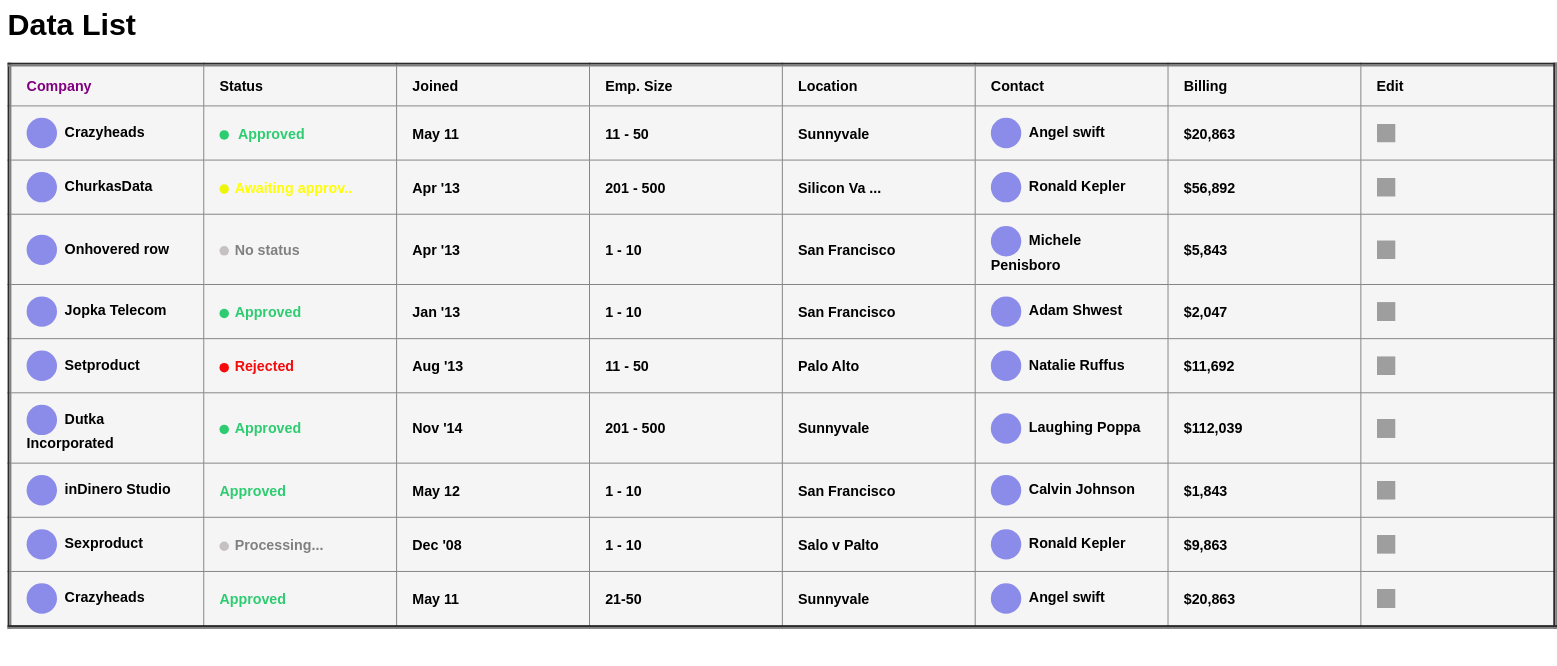
Repository: AdityaTech-Pro/FullStackWithBridgelabz
Page: Assignment2/Data_List/index.html
These files come from the project's save history. The page is drawn as it stood at one moment and after a run of saves; the edit follows.
The browser window is 1280 px wide. The page is 1639 px wide, so the pictures cover 1639 px, including what lies to the right of the window. The pictures show the whole page, at 95% of full size.
Pictures or frames that could not be fetched are drawn as grey boxes.

Above is the page before, as saved 2025-10-15 10:33:50.

After the next 4 saves:
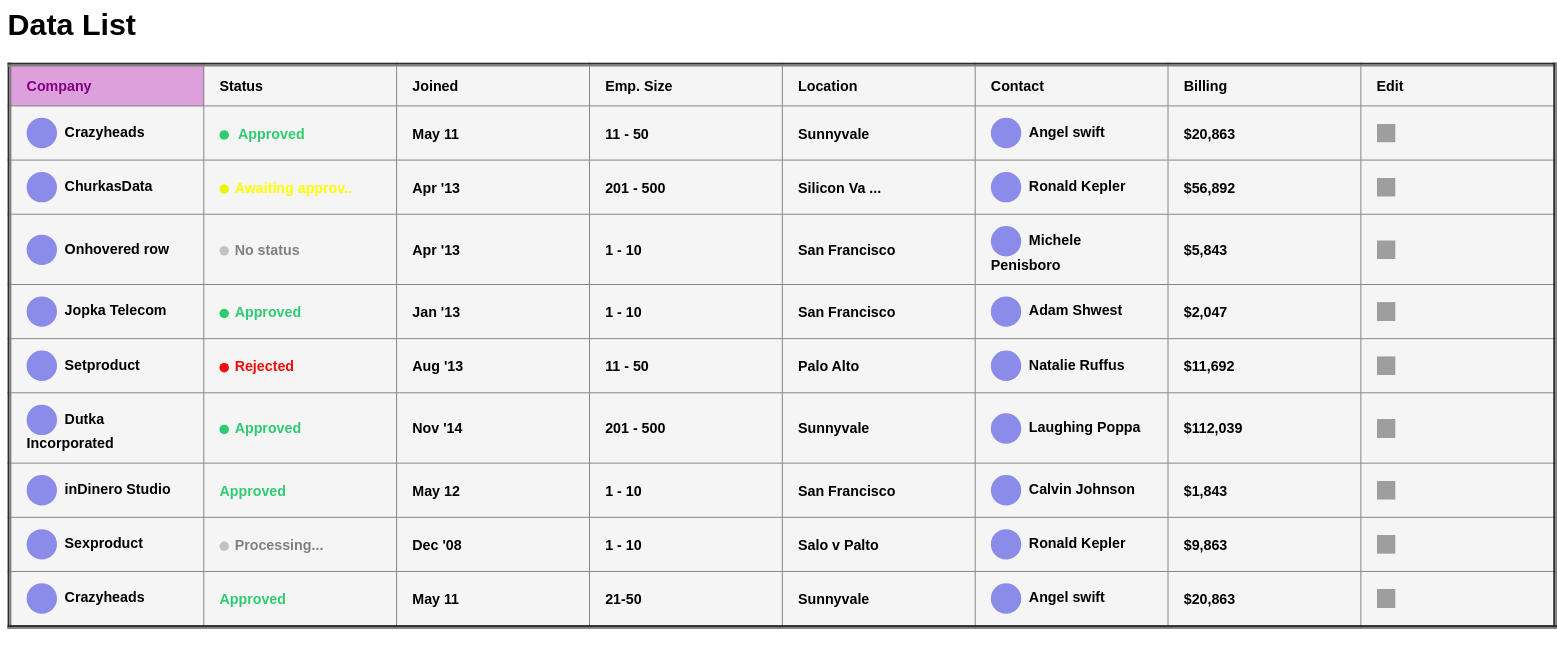
The 4 saves are shown as one change because they came seconds apart.
The last was saved 11 s later.
--- a/Assignment2/Data_List/index.html
+++ b/Assignment2/Data_List/index.html
@@ -111,7 +111,7 @@
     <table border="4" cellspacing="1" cellpadding="4" class="center">
         <h1 class="center">Data List</h1>
         <tr>
-            <th style="color:purple; bac">Company</th>
+            <th style="color:purple; background-color: plum;">Company</th>
             <th>Status</th>
             <th>Joined</th>
             <th>Emp. Size</th>
